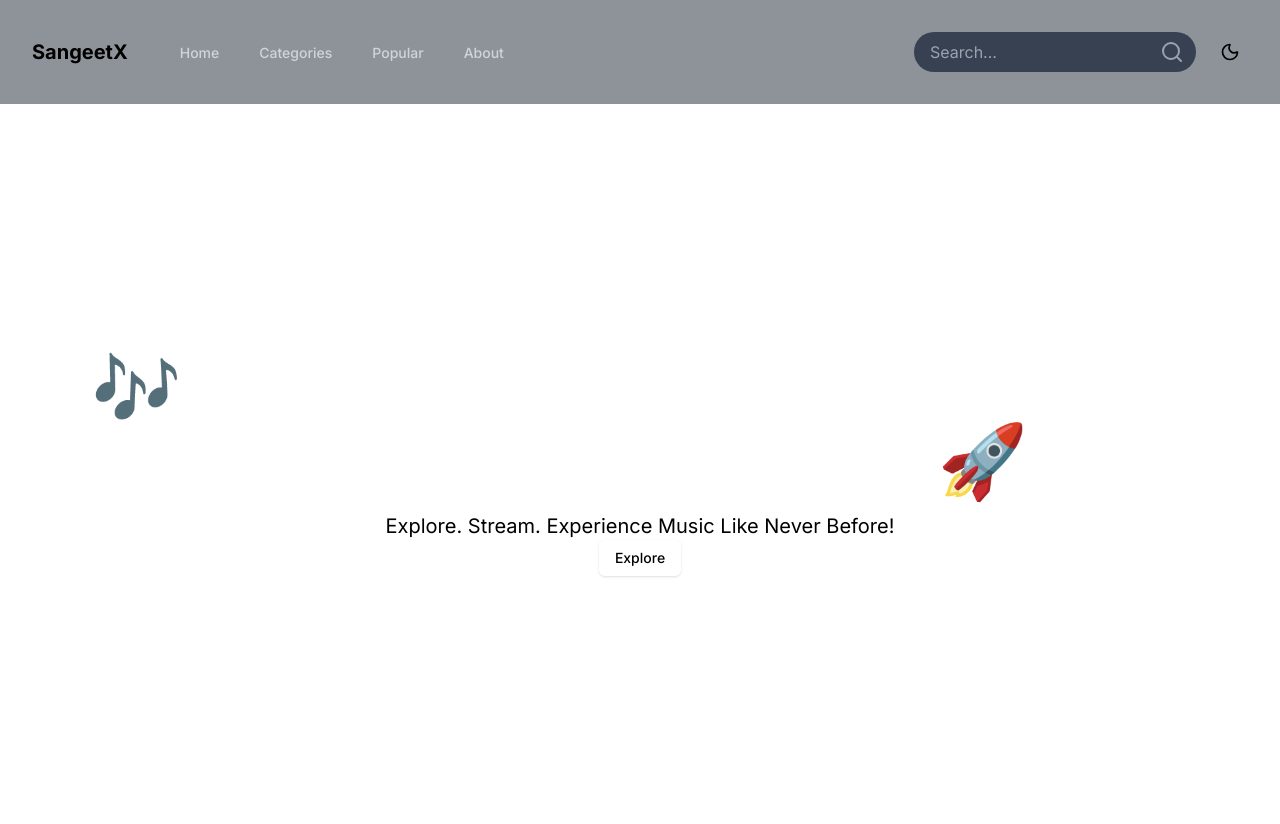
Repository: DiwanMalla/SangeetX
Page: /
These files come from the project's save history. The page is drawn as it stood at one moment and after the next save; the edit follows.
The browser window is 1280 px wide. The pictures show the whole page.
The project was rebuilt for these pictures with package versions that can differ from the ones it lists, and the page was loaded fresh each time. The framework's server and built-in components were replaced by stand-ins that run in the browser. Also part of the build but not shown: next.config.ts.

Above is the page before, as saved 2025-02-23 15:03:53.

After the next save:
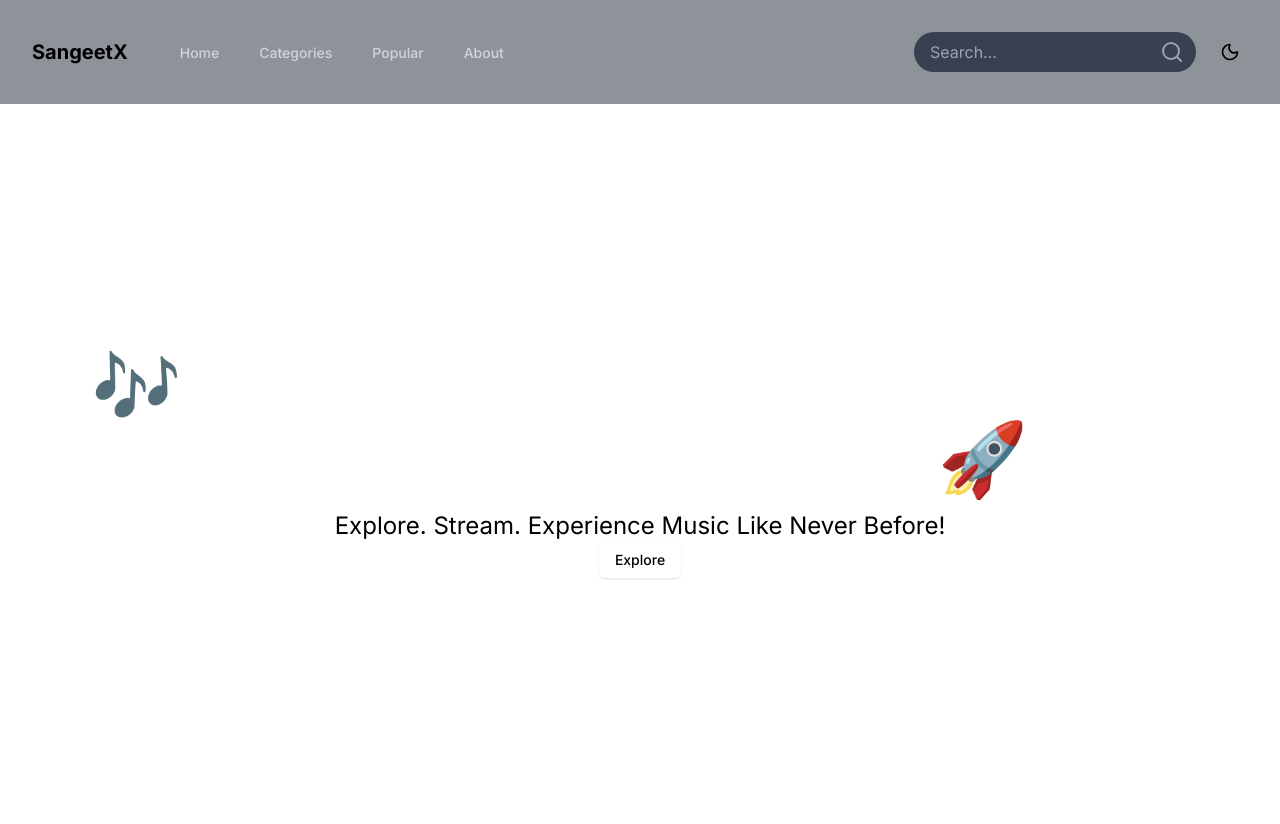
Saved 4 s later.
--- a/app/HeroBanner.tsx
+++ b/app/HeroBanner.tsx
@@ -7,7 +7,7 @@
         <h1 className="text-5xl md:text-7xl font-bold mb-4 text-white">
           🎶 SangeetX – Your Gateway to Music & Innovation 🚀
         </h1>
-        <p className="text-xl">
+        <p className="text-xl md:text-2xl">
           Explore. Stream. Experience Music Like Never Before!
         </p>
         <Button>Explore</Button>
